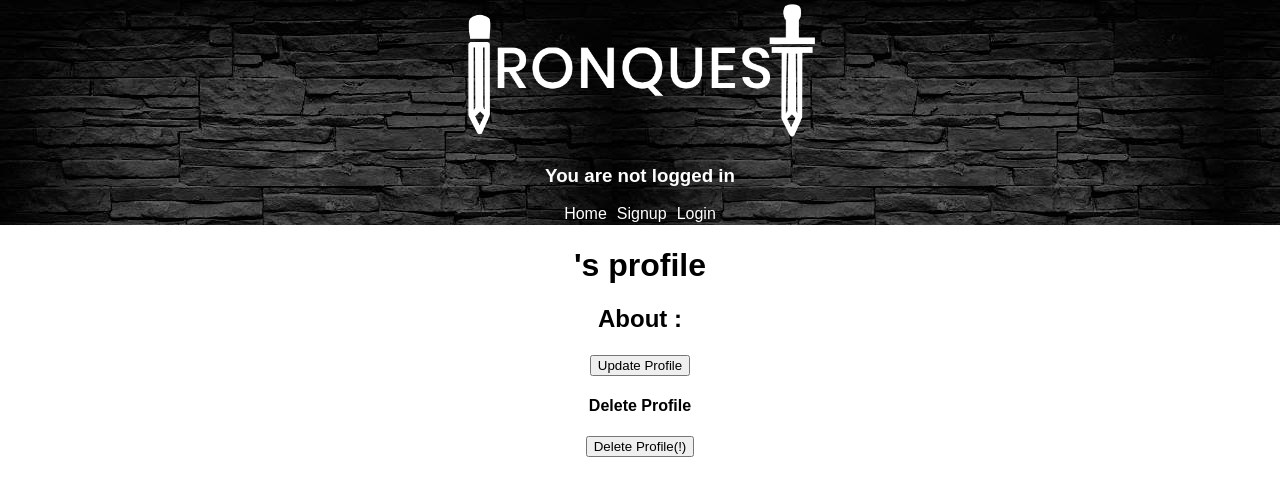
Repository: MikeTroianello/project4
Page: /profile (app in client/)
These files come from the project's save history. The page is drawn as it stood at one moment and after the next save; the edit follows.
The browser window is 1280 px wide. The pictures show the whole page.
The page's requests for data from a server got no answer. The project was rebuilt for these pictures with package versions that can differ from the ones it lists, and the page was loaded fresh each time. No one was signed in, and anything a server would have sent is missing. Also part of the build but not shown: client/src/components/pages/StoryPage.jsx, client/src/components/pages/CreateStory.jsx, client/src/components/pages/ReadStory.jsx, client/src/components/pages/Home.jsx, client/src/components/pages/Login.jsx, client/src/components/pages/Signup.jsx.

Above is the page before, as saved 2019-03-22 11:56:43.

After the next save:
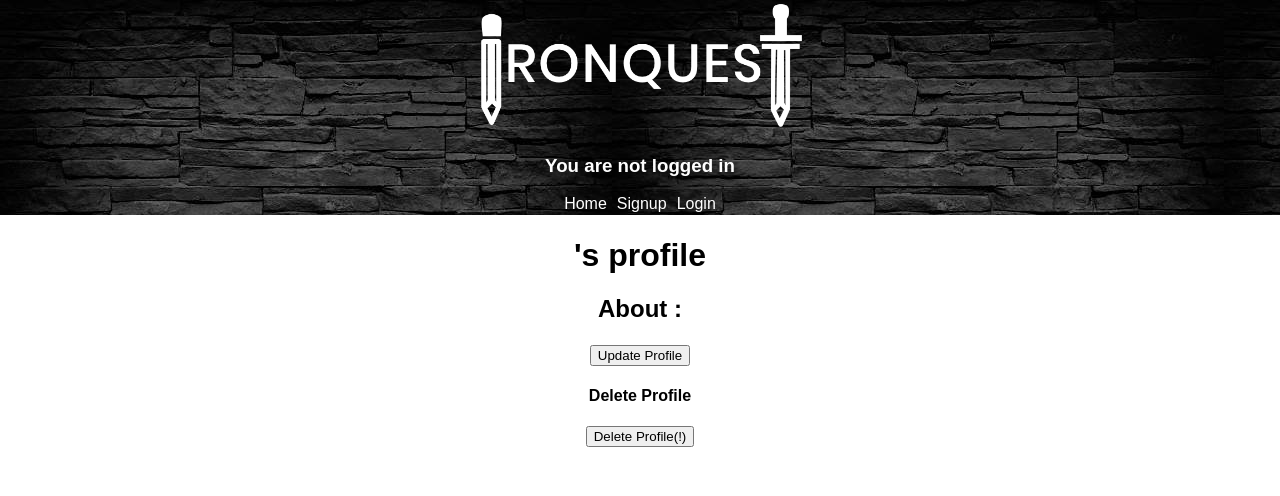
Saved 2 min 48 s later.
--- a/client/src/components/App.jsx
+++ b/client/src/components/App.jsx
@@ -42,7 +42,7 @@
     return (
       <div className="App">
         <header className="App-header">
-         <img src={logoWhite} alt="Thanks Haley!" height="140" width="auto" />
+         <img src={logoWhite} alt="Thanks Haley!" height="130" width="auto" />
           {api.isLoggedIn() && <h3>Hello, {this.state.user.username}!</h3>}
           {!api.isLoggedIn() && <h3>You are not logged in</h3>}
           <NavLink to="/" exact>Home</NavLink>
